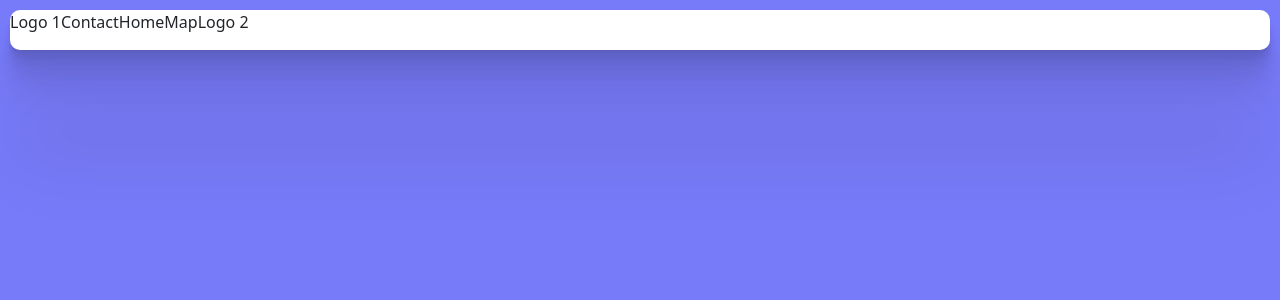
Repository: abhi-sharma27/courier
Page: index.html
An editor plug-in stored every save of this project. The page is shown before and after the next save, followed by the edit.
The browser window is 1280 px wide. The pictures show the whole page.

Above is the page before, as saved 2021-03-20 14:37:02.

After the next save:
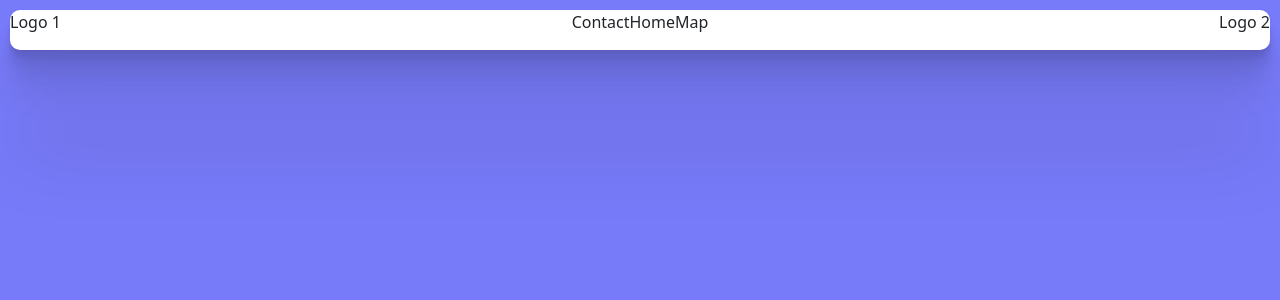
Saved 40 s later.
--- a/index.html
+++ b/index.html
@@ -8,7 +8,7 @@
   </head>
   <body>
     <div class="shadow-1 br-10 z light-bg">
-      <nav class="d-flex">
+      <nav class="d-flex justify-content-between">
         <div>Logo 1</div>
         <div class="d-flex">
           <p>Contact</p>
